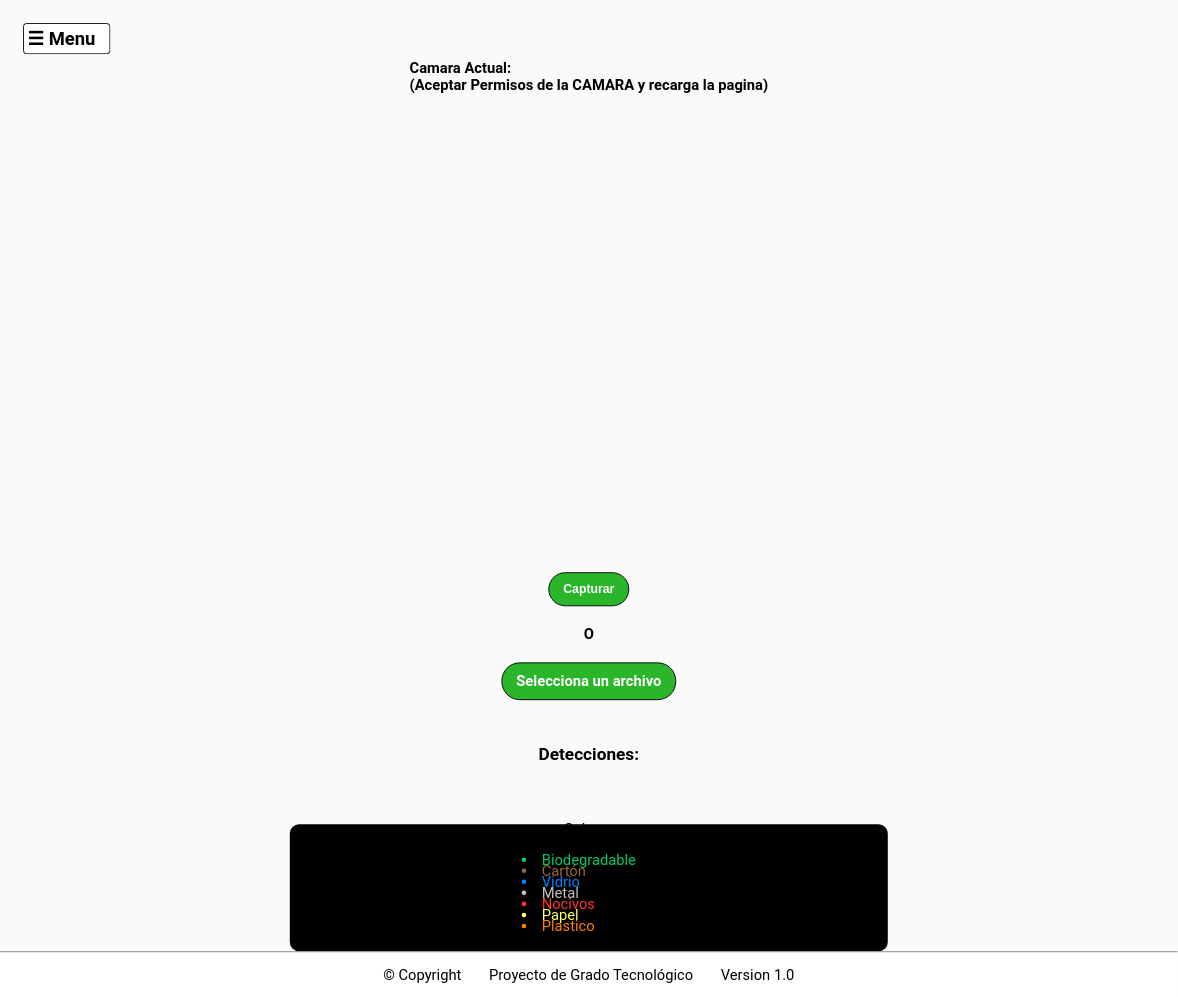
Repository: castecabas/Recicladora
Page: http://localhost/model
The author's editor kept a copy of each file at every save. The page is drawn from the files as they stood at one save, then again after the next save.
The browser window is 1280 px wide. The pictures show the whole page, at 92% of full size.
Pictures or frames that could not be fetched are drawn as grey boxes. The page is served by the project's application, run on Flask 3 (src/index.py). Other server files are loaded and not shown.

Above is the page before, as saved 2024-12-22 20:26:33.

### src/templates/model.html
<!DOCTYPE html>
<html lang="en">

<head>
    <meta charset="UTF-8">
    <meta name="viewport" content="width=device-width, initial-scale=1.0">
    <title>Clasificador</title>
    <link rel="stylesheet" href="{{ url_for('static', filename='css/model.css') }}">
    <link rel="shortcut icon" href="https://i.postimg.cc/gk7MpWkm/logo.webp" />
</head>

<body>
    <span class="btn_openmenu" onclick="openNav()">&#9776; Menu</span><br><br>
    <nav class="aside" id="aside">
        <div class="overlay"></div>
        <img class="aside_logo" src="https://i.postimg.cc/gk7MpWkm/logo.webp">
        <h1 style="text-decoration: underline;">Opciones</h1>

        <label for="confidenceThreshold">
            <span class="tooltip-container">
                <img class="logo_x"
                    src="https://images.vexels.com/media/users/3/152347/isolated/preview/27304b9b14ce9bd8a28ca637ed92070e-icono-de-signo-de-interrogacion-de-circulo-azul.png"
                    alt="Ayuda">
                <span class="tooltip-text">Es la probabilidad que determina en las predicciones,si es alto es más
                    confiable, aunque puede omitir objetos al no cumplir dicho porcentaje. Si es bajo, será menos
                    confiable, pero detectará aún más.</span>
            </span>
            Umbral de Confianza:
        </label>
        <input type="range" id="confidenceThreshold" min="0.1" max="0.8" step="0.01" value="0.5">
        <span id="confidenceValue" style="color: white;">0.5</span>

        <label for="SwitchCamera">Camara</label>
        <button id="switchCameraBtn">Cambiar de dispositivo</button>
        </a>
        <label class="nav-link-aside" for="darkModeToggle"><input type="checkbox" class="btn_darkmode"
                id="darkModeToggle" hidden>
            Modo Oscuro</label>
        <br>
        <a href="javascript:void(0)" class="closebtn" onclick="closeNav()">Cerrar Menú</a>
        <a href="{{ url_for('index') }}" class="nav-link">Ir a Inicio</a>
    </nav>

    <div class="container">
        <main>
            <div>
                <div>
                    <p>Camara Actual: <span id="currentCamera"></span><br>
                        (Aceptar Permisos de la CAMARA y recarga la pagina)</p>
                    <video id="video" width="640" height="480" autoplay></video><br>
                    <button id="captureBtn">Capturar</button>
                    <p>O</p>
                    <input type="file" id="fileInput" hidden accept="image/*,video/*">
                    <label for="fileInput" id="fileinputlabel">Selecciona un archivo</label>
                </div>
                <br>
                <img id="resultImage">
            </div>
            <canvas id="canvas" width="640" height="480" style="display:none;"></canvas>
            <div>
                <h3>Detecciones:</h3>
                <ul id="detectionsList"></ul>
            </div>
            <div class="colors">
                <label>Colores</label>
                <ul>
                    <li class="bio">Biodegradable</li>
                    <li class="cardb">Cartón</li>
                    <li class="glass">Vidrio</li>
                    <li class="metal">Metal</li>
                    <li class="noxios">Nocivos</li>
                    <li class="paper">Papel</li>
                    <li class="plastic">Plastico</li>
                </ul>
            </div>
        </main>
        {% include 'components/footer.html' %}
    </div>
    <script src="{{ url_for('static', filename='js/model.js') }}"></script>
    <script src="{{ url_for('static', filename='js/dark_mode.js') }}"></script>
</body>

</html>

### src/templates/components/footer.html
<footer class="footer">
    <style>
        .footer {
            width: 100%;
            background-color: white;
            text-align: center;
            padding: 15px;
            box-sizing: border-box;
            position: relative;
            bottom: 0;
            font-family: 'Roboto', sans-serif;
            border-top: 1px solid gray;
            margin-top: auto;
        }

        .footer ul {
            list-style: none;
            padding: 0;
            margin: 0;
            display: flex;
            flex-direction: column;
            align-items: center;
        }

        .footer ul li {
            text-decoration: none;
            margin: 5px 0;
        }

        @media (min-width: 600px) {
            .footer ul {
                flex-direction: row;
                justify-content: center;
            }

            .footer ul li {
                margin: 0 15px;
            }
        }

        /* MODO OSCURO */
        body.dark-mode footer{
            background: rgb(29, 0, 28);
            background: linear-gradient(90deg, rgba(29, 0, 28, 1) 0%, rgba(11, 0, 34, 1) 8%, rgba(0, 0, 22, 1) 100%);
            border-top: 1px solid #686868;
            transition: all 0.3s ease-in;
        }

        body.dark-mode footer li{
            color: white;
        }
    </style>

    <ul>
        <li>© Copyright</li>
        <li>Proyecto de Grado Tecnológico</li>
        <li>Version 1.0</li>
    </ul>

</footer>

### src/index.py
from flask import Flask, render_template, Response, request, jsonify
from yolo_model import YOLOModel
from camera import Camera
import cv2
import numpy as np
import base64

app = Flask(__name__)

yolo_model = YOLOModel('src/model/best.pt')
camera = Camera()

# RUTAS
@app.route('/')
@app.route('/home')
@app.route('/index')
def index():
    return render_template('index.html')

@app.route('/about')
def about():
    return render_template('about.html')

@app.route('/learn')
def learn():
    return render_template('learn.html')

@app.route('/model')
def model():
    return render_template('model.html')

@app.route('/news')
def news():
    return render_template('news.html')

@app.route('/recycle')
def recycle():
    return render_template('recycle.html')

# FUNCIONES

    #NOTE: obtener las camaras
@app.route('/get_cameras')
def get_cameras():
    return jsonify(camera.get_camera_list())

    #NOTE: cambiar camara
@app.route('/switch_camera/<int:camera_id>')
def switch_camera(camera_id):
    camera.select_camera(camera_id)
    return "OK"

    #NOTE: detectar dicha imagen
@app.route('/detect', methods=['POST'])
def detect():
    try:
        if 'file' not in request.files:
            return jsonify({'error': 'No file part'}), 400

        file = request.files['file']
        confidence = float(request.form.get('confidence', 0.25))

        # Lee la imagen del archivo
        npimg = np.fromfile(file, np.uint8)
        img = cv2.imdecode(npimg, cv2.IMREAD_COLOR)

        # Detecta objetos usando el modelo YOLO
        results = yolo_model.detect(img, conf_threshold=confidence)
        if results is None:
            return jsonify({'error': 'No detections returned from model'}), 500

        # Dibuja los cuadros de detección en la imagen
        processed_img = yolo_model.draw_boxes(img, results)

        # Codifica la imagen procesada en base64 para enviar al cliente
        _, buffer = cv2.imencode('.jpg', processed_img)
        img_base64 = base64.b64encode(buffer).decode('utf-8')

        return jsonify({
            'image': f'data:[embedded picture, 35 characters]',
            'detections': results
        })
    except Exception as e:
        print(f"Error during detection: {e}")
        return jsonify({'error': str(e)}), 500

# EJECUCION
if __name__ == '__main__':
    app.run(debug=True)

### src/static/css/model.css
html,
body {

    margin: 0;
    padding: 0;
    font-family: 'Roboto', sans-serif;
    background-color: #fafafa;
    display: flex;
    flex-direction: column;
    min-height: 100vh;
    transition: all 0.5s ease;
}

main {
    max-height: auto;
}

.btn_openmenu {
    font-size: 20px;
    cursor: pointer;
    position: fixed;
    background-color: white;
    border-radius: 4px;
    border: 1px solid black;
    margin: 25px;
    padding: 4px;
    padding-right: 15px;
    z-index: 100;
    font-weight: 600;
}

.btn_openmenu:hover {
    background-color: rgb(209, 209, 209);
}

.container {
    display: flex;
    flex-direction: column;
    min-height: 100vh;
    width: 100%;
    /* Asegura que ocupe todo el ancho */
    align-items: center;
    margin: 0;
    box-sizing: border-box;
}

main div {
    display: flex;
    flex-direction: column;
    align-items: center;
    justify-content: center;
    flex-grow: 1;
    width: 100%;
    max-width: 800px;
    box-sizing: border-box;
}

main div * {
    padding: 5px;
}

main div p {
    font-weight: bold;
}

main div #video {
    border-radius: 20px;
    max-width: 640px;
    width: 100%;
    max-height: 700px;
    aspect-ratio: 4/3;
    padding: 0;
}

main div #resultImage {
    border-radius: 20px;
    max-width: 640px;
    width: 100%;
    max-height: 740px;
    padding: 0;
    border: 0px;
    box-shadow: 10px 10px 15px rgba(0, 0, 0, 0.5);
}

@media(max-width:638px){
    main div #resultImage{
        border-radius: 0;
        box-shadow: none;
    }
}

main div #captureBtn,
main div #fileinputlabel {
    border-radius: 20px;
    background-color: #2AB52A;
    color: white;
    font-weight: bold;
    padding: 10px 15px 10px 15px;
    border: 1px solid black;
}

main div #captureBtn:hover,
main div #fileInput:hover {
    background-color: #219121;
}

main div ul#detectionsList{
    overflow-y: auto;
    max-height: 200px;
    width: 90vw;
    max-width: 634px;

}

main div ul#detectionsList li{
    font-size: large;
}


.aside {
    background: url(https://i.postimg.cc/8kbKKzK0/model-aside.webp);
    background-repeat: no-repeat;
    background-size: cover;
    height: 100%;
    width: 0;
    position: fixed;
    z-index: 100;
    top: 0;
    left: 0;
    background-color: #111;
    overflow-x: hidden;
    transition: 0.5s;
    justify-content: center;
    color: white;
    display: flex;
    flex-direction: column;
    text-align: center;
    align-items: center;
}

.aside * {
    margin: 5px 20px 5px 20px;
    font-weight: bold;
    z-index: 102;
    padding: 8px;
    color: #31ca31;
}

.aside .overlay {
    position: absolute;
    margin: 0;
    top: 0;
    left: 0;
    right: 0;
    bottom: 0;
    background-color: rgba(0, 0, 0, 0.55);
    z-index: 101;
}

.aside img.aside_logo {
    aspect-ratio: 1/1;
    max-width: 100px;
}

@media(max-height:850px){
    .aside img.aside_logo{
        display: none;
    }
}


.aside h1 {
    color: #2AB52A;

}

.aside .closebtn {
    text-decoration: none;
    color: white;
    border-radius: 4px;
    background-color: #206BCE;
    padding: 10px 15px 10px 15px;
    border: 1px solid black;
    width: 134px;
}

.aside .closebtn:hover {
    background-color: #1a58a8;
}

.aside .logo_x {
    position: relative;
    padding-left: 0px;
    margin: 0px;
    aspect-ratio: 1/1;
    height: 20px;
    cursor: pointer;
}


/* Estilos del contenedor del tooltip */
.tooltip-container {
    position: relative;
    display: inline-block;
    padding: 0;
    margin: 0;
}

/* Ocultar el tooltip por defecto */
.tooltip-text {
    opacity: 0;
    /* Oculto por defecto */
    width: 135px;
    background-color: #2ea664;
    color: #f5f6fc;
    text-align: center;
    font-size: small;
    padding: 5px;
    border-radius: 5px;
    position: absolute;
    top: -120px;
    /* Ajusta la posición para que esté sobre la imagen */
    left: 50%;
    transform: translateX(-25%);
    transition: opacity 0.3s ease-in-out;

    /* Transición suave */
    z-index: 9000;
}

/* Flecha del tooltip */
.tooltip-text::after {
    content: "";
    position: absolute;
    bottom: -5px;
    /* Flecha debajo del tooltip */
    left: 50%;
    transform: translateX(-50%);
    border-width: 5px;
    border-style: solid;
    border-color: #333 transparent transparent transparent;
}

/* Mostrar el tooltip al pasar el ratón sobre la imagen */
.tooltip-container:active .tooltip-text ,.tooltip-container:hover .tooltip-text{
    opacity: 1;
    animation: hideTooltip 18s forwards;
    /* Inicia la animación para ocultarlo después de 3 segundos */
}

/* Animación para ocultar el tooltip */
@keyframes hideTooltip {
    0% {
        opacity: 1;
    }

    90% {
        opacity: 1;
    }

    100% {
        opacity: 0;
    }
}


.aside #confidenceThreshold {
    accent-color: #2AB52A;
    background-color: white;
}

.colors{
    line-height: 2px;
    background: rgba(0, 0, 0, 1);
    border-radius: 10px;
    .bio{
        color: #00cc66;
    }
    .cardb{
        color: #996633;
    }
    .glass{
        color: #0080ff;
    }
    .metal{
        color: #c0c0c0;
    }
    .noxios{
        color: #ff3333;
    }
    .paper{
        color: #ffff66;
    }
    .plastic{
        color: #ff8000;
    }
}

.aside .colors li{
    list-style: none;
}


.aside #switchCameraBtn {
    border-radius: 4px;
    background-color: #2AB52A;
    color: white;
    border: 1px solid black;
}

.aside #switchCameraBtn:hover {
    background-color: #219121;
}

.aside .nav-link,
.aside .nav-link-aside {
    text-decoration: none;
    color: white;
    background-color: #206BCE;
    border-radius: 4px;
    max-width: 75vw;
    padding: 10px 15px 10px 15px;
    border: 1px solid black;
    width: 134px;
    font-size: large;
}

.aside .nav-link:hover {
    background-color: #1a58a8;
}

.aside .nav-link-aside {
    background-color: #31ca31;
    font-size: small;
}

.aside .nav-link-aside:hover {
    background-color: #2AB52A;
    cursor: pointer;
}

label#fileinputlabel:hover {
    cursor: pointer;
    background-color: #2AB52A;
}

/* MODO OSCURO */

body.dark-mode {
    background-color: #000014;
}

body.dark-mode #video {
    border: 1px outset white;
}

body.dark-mode .container p,
body.dark-mode .container h3 {
    color: white;
}

body.dark-mode .container p,
body.dark-mode .container ul#detectionsList li {
    color: white;
}

### src/static/js/model.js
let currentCameraIndex = 0;
let cameras = [];
const clsname = [
    "Comida", "Planta", "Fruta o Verdura", "Base de Carton", "Caja de Carton",
    "Contenedor de Carton", "Forma de Carton", "Botella de Vidrio", "Vajilla de Vidrio",
    "Fragmentos de Vidrio", "Frasco de Vidrio", "Jarra de Vidrio", "Aluminio",
    "Contenedor Metalico", "Latas de Alimento", "Menaje Metalico", "Metal Menor",
    "Utensilio Metalico", "Bateria o Pila", "Carta de Papel", "Recibo o Factura",
    "Periodico o Revista", "Forma de Papel", "Papel de Higiene", "Bolsa de Plastico",
    "Botella de Plastico", "Contenedor de Plastico", "Envase de Plastico",
    "Vajilla de Plastico", "Tapa de Plastico", "Utensilio de Plastico"
  ];
let confidenceThreshold = 0.5;

const parrafo = document.getElementById("confidenceValue");

const valorDecimal = parseFloat(parrafo.textContent);
const valorPorcentaje = valorDecimal * 100;
parrafo.textContent = valorPorcentaje + "%";

document.addEventListener('DOMContentLoaded', function () {
    fetchCameras();

    document.getElementById('switchCameraBtn').addEventListener('click', switchCamera);
    document.getElementById('captureBtn').addEventListener('click', captureAndDetect);
    document.getElementById('fileInput').addEventListener('change', handleFileSelect);

    const confidenceSlider = document.getElementById('confidenceThreshold');
    const confidenceValue = document.getElementById('confidenceValue');

    confidenceSlider.addEventListener('input', function () {
        confidenceThreshold = parseFloat(this.value);
        confidenceValue.textContent = confidenceThreshold.toFixed(2);
        const valorDecimal = parseFloat(parrafo.textContent);
        const valorPorcentaje = valorDecimal * 100;
        parrafo.textContent = valorPorcentaje.toFixed(0) + "%";
    });
});

function fetchCameras() {
    navigator.mediaDevices.enumerateDevices()
        .then(devices => {
            cameras = devices.filter(device => device.kind === 'videoinput');
            updateCurrentCamera();
        })
        .catch(error => {
            console.error('Error enumerating devices:', error);
        });
}

async function switchCamera() {
    currentCameraIndex = (currentCameraIndex + 1) % cameras.length;
    updateCurrentCamera();

    try {
        const stream = await navigator.mediaDevices.getUserMedia({
            video: { deviceId: { ideal: cameras[currentCameraIndex].deviceId } }
        });
        document.getElementById('video').srcObject = stream;
    } catch (error) {
        console.error('Error switching camera:', error);
    }
}

function updateCurrentCamera() {
    const cameraInfo = cameras[currentCameraIndex] ? cameras[currentCameraIndex].label : 'Unknown';
    document.getElementById('currentCamera').textContent = cameraInfo;
}

function captureAndDetect() {
    const video = document.getElementById('video');
    const canvas = document.getElementById('canvas');
    const context = canvas.getContext('2d');

    context.drawImage(video, 0, 0, canvas.width, canvas.height);
    canvas.toBlob(blob => {
        const formData = new FormData();
        formData.append('file', blob, 'capture.jpg');
        formData.append('confidence', confidenceThreshold);
        detectObjects(formData);
    }, 'image/jpeg');
}

function handleFileSelect(event) {
    const file = event.target.files[0];
    const formData = new FormData();
    formData.append('file', file);
    formData.append('confidence', confidenceThreshold);
    detectObjects(formData);
}

function detectObjects(formData) {
    fetch('/detect', {
        method: 'POST',
        body: formData
    })
        .then(response => response.json())
        .then(data => {
            document.getElementById('resultImage').src = data.image;
            updateDetectionsList(data.detections);
        })
        .catch(error => {
            console.error('Error detecting objects:', error);
        });
}

function updateDetectionsList(detections) {
    const list = document.getElementById('detectionsList');
    list.innerHTML = '';
    detections.forEach(detection => {
        const [x1, y1, x2, y2, conf, cls] = detection;
        const li = document.createElement('li');
        li.textContent = `Clase: ${clsname[cls] || 'Desconocido'}, Confianza: ${conf.toFixed(2) * 100} %`;
        list.appendChild(li);
    });
}

async function initializeCamera() {
    try {
        const stream = await navigator.mediaDevices.getUserMedia({ video: true });
        document.getElementById('video').srcObject = stream;
    } catch (error) {
        console.error('Error accessing camera:', error);
    }
}

function openNav() {
    document.getElementById("aside").style.width = "250px";
}

function closeNav() {
    document.getElementById("aside").style.width = "0";
}

initializeCamera();

### src/static/js/dark_mode.js
document.addEventListener("DOMContentLoaded", () => {
    const toggle = document.getElementById("darkModeToggle");
    const darkModeEnabled = localStorage.getItem("darkMode") === "enabled";

    if (darkModeEnabled) {
        document.body.classList.add("dark-mode");
        toggle.checked = true;
    }

    toggle.addEventListener("change", () => {
        if (toggle.checked) {
            document.body.classList.add("dark-mode");
            localStorage.setItem("darkMode", "enabled");
        } else {
            document.body.classList.remove("dark-mode");
            localStorage.setItem("darkMode", "disabled");
        }
    });
});

After the next save:
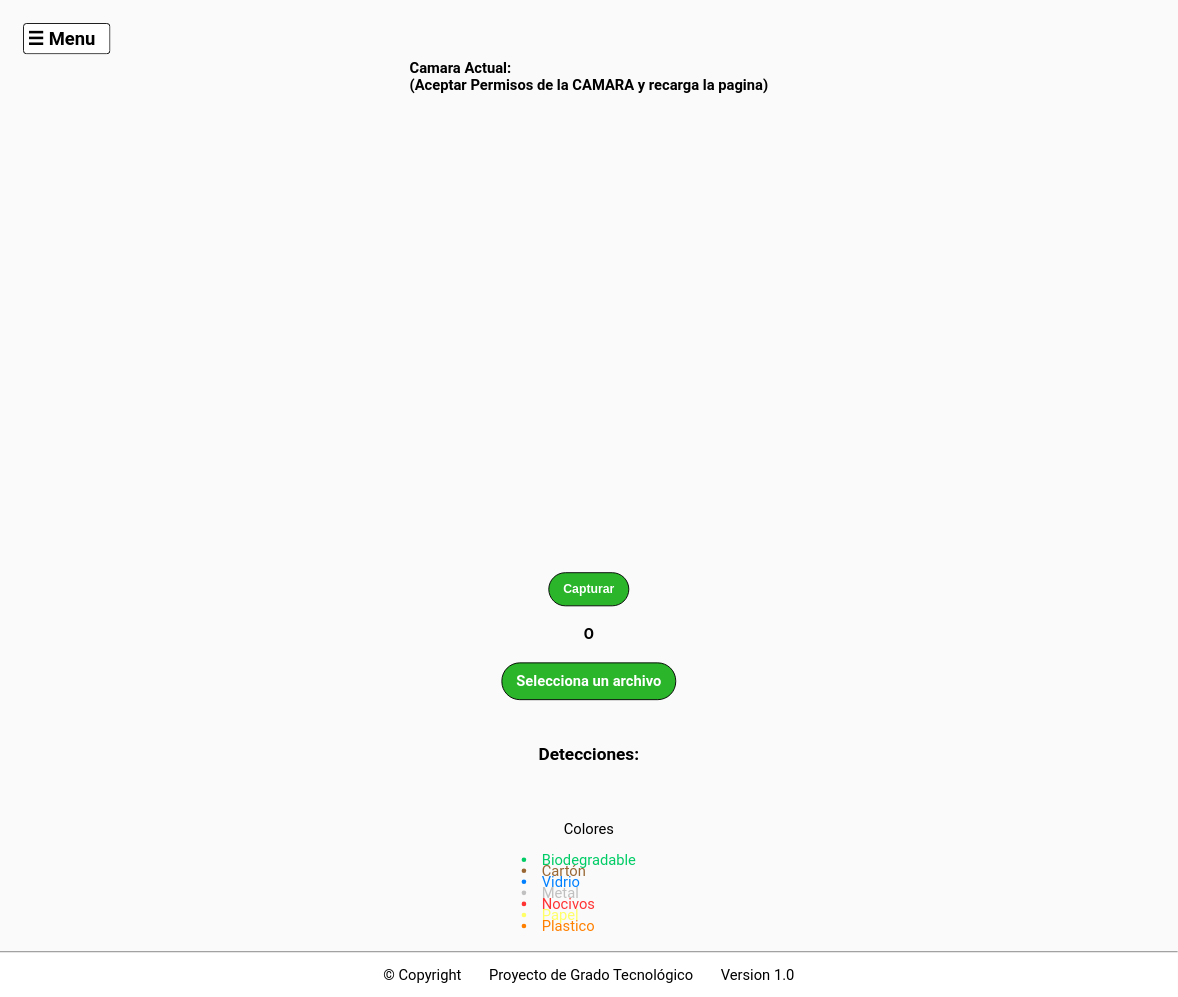
Saved 7 s later.
--- a/src/static/css/model.css
+++ b/src/static/css/model.css
@@ -271,7 +271,6 @@ main div ul#detectionsList li{
 
 .colors{
     line-height: 2px;
-    background: rgba(0, 0, 0, 1);
     border-radius: 10px;
     .bio{
         color: #00cc66;
